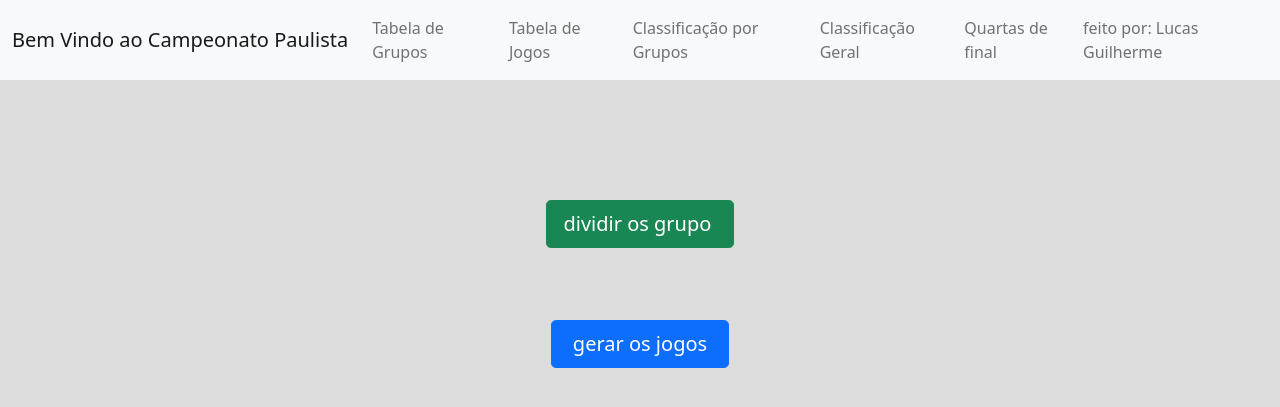
Repository: ThaisScheiner/CampeonatoPaulista
Page: http://localhost/CampeonatoPaulista/index.jsp
The author's editor kept a copy of each file at every save. The page is drawn from the files as they stood at one save, then again after the next save.
The browser window is 1280 px wide. The pictures show the whole page.
The page is served by Tomcat 9. The template is opened directly, without the code that normally fills it, so the values that code supplies are empty.

Above is the page before, as saved 2022-09-24 00:57:49.

After the next save:
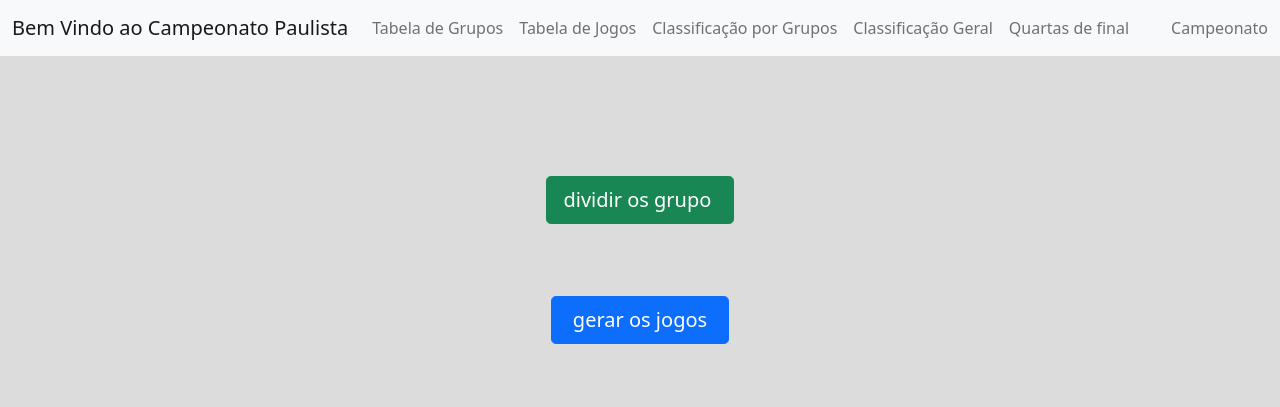
Saved 17 min 18 s later.
--- a/CampeonatoPaulista/src/main/webapp/index.jsp
+++ b/CampeonatoPaulista/src/main/webapp/index.jsp
@@ -48,7 +48,7 @@ body {
 
       </ul>
       <span class="navbar-text">
-        feito por: Lucas Guilherme
+        Campeonato
       </span>
     </div>
   </div>
